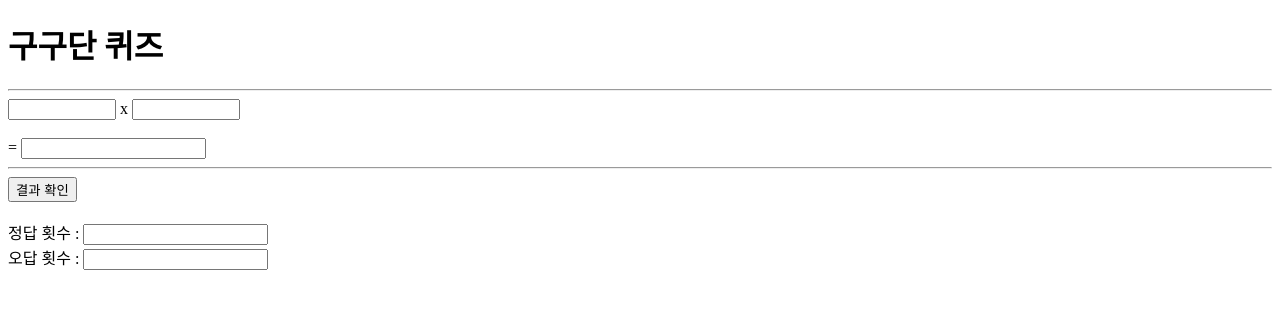
Repository: Baechangho/JavaBasic
Page: workspace_web/Front/src/main/webapp/event/gugudan_quiz.html
These files come from the project's save history. The page is drawn as it stood at one moment and after the next save; the edit follows.
The browser window is 1280 px wide. The pictures show the whole page.

Above is the page before, as saved 2023-08-09 00:12:15.

### workspace_web/Front/src/main/webapp/event/gugudan_quiz.html
<!DOCTYPE html>
<html>
<head>
<meta charset="UTF-8">
<title>Insert title here</title>
<style type="text/css">
#n1, #n2{
	width: 100px;
}


</style>
</head>
<body>

<!-- Math.random() 함수 이용하여 숫자 2개 생성하기 -->
<!-- 사용자의 입력 받기 -->
<!-- "결과 확인"버튼을 눌렀을 때 정답/오답 판단 결과 적용 -->
<!-- ** 태그 내용 수정해도 괜찮음 -->

<h1>구구단 퀴즈</h1>
<hr>

<input type="text" id="n1"> x <input type="text" id="n2"><br><br>
= <input type="text" id="answer">

<hr>

<input type="button" value="결과 확인" id="calc"><br><br>

정답 횟수 : <input type="text" id="correct"><br>
오답 횟수 : <input type="text" id="incorrect">

</body>
</html>

After the next save:
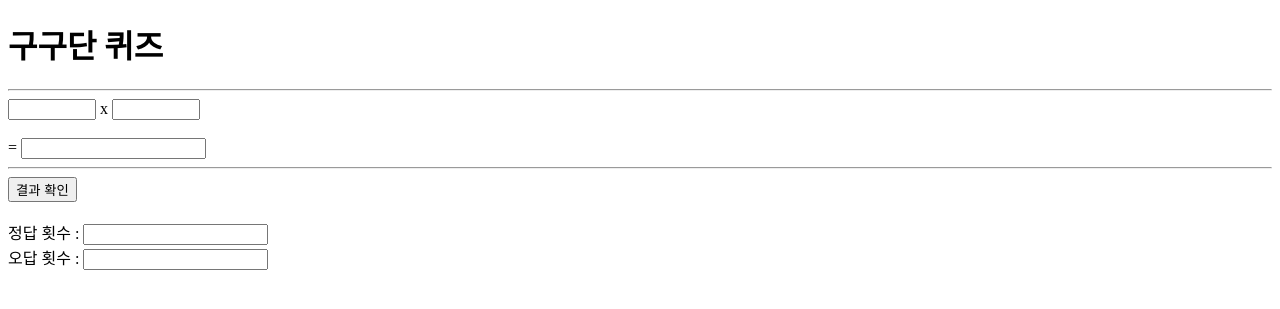
Saved 55 s later.
--- a/workspace_web/Front/src/main/webapp/event/gugudan_quiz.html
+++ b/workspace_web/Front/src/main/webapp/event/gugudan_quiz.html
@@ -5,7 +5,7 @@
 <title>Insert title here</title>
 <style type="text/css">
 #n1, #n2{
-	width: 100px;
+	width: 80px;
 }
 
 
